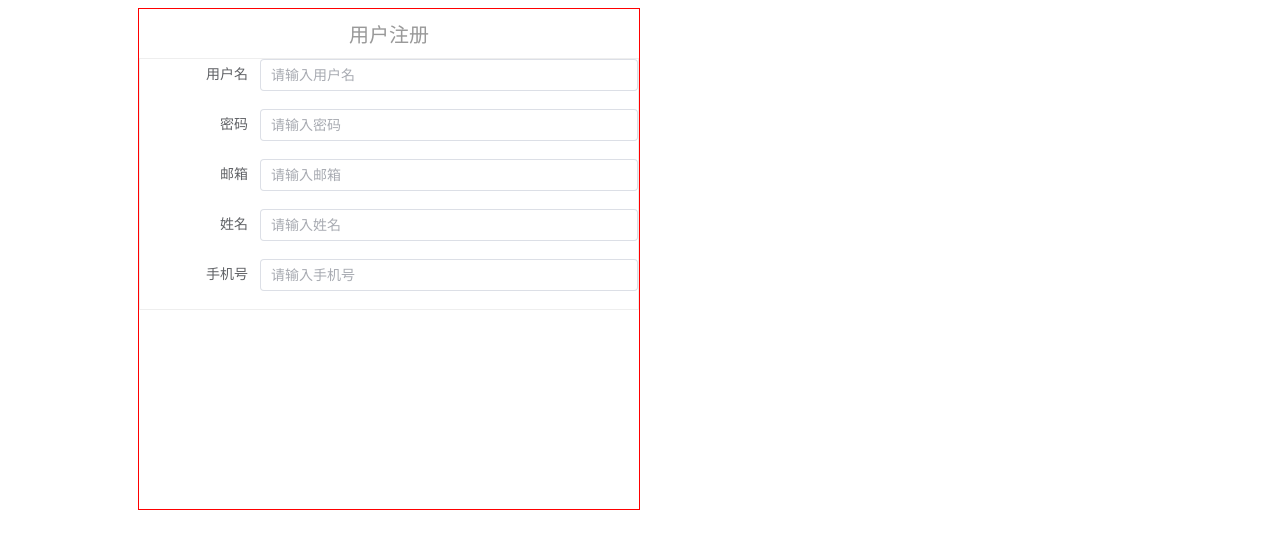
Repository: Mickey1216/yzkj_login_demo
Page: /register
These files come from the project's save history. The page is drawn as it stood at one moment and after the next save; the edit follows.
The browser window is 1280 px wide. The pictures show the whole page.
The project was rebuilt for these pictures with package versions that can differ from the ones it lists, and the page was loaded fresh each time. Also part of the build but not shown: vite.config.js, src/views/Login.vue.

Above is the page before, as saved 2023-07-04 14:56:29.

After the next save:
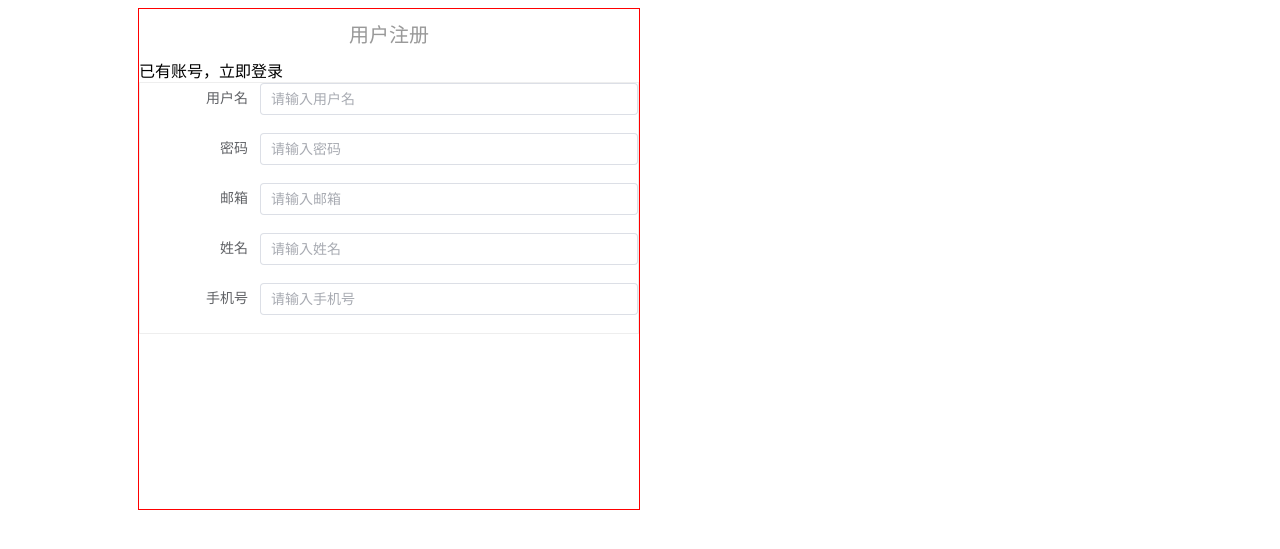
Saved 20 s later.
--- a/src/views/Register.vue
+++ b/src/views/Register.vue
@@ -1,7 +1,7 @@
 <template>
   <div class="register">
     <div class="title">用户注册</div>
-    <div class="is_existing_account"></div>
+    <div class="is_existing_account">已有账号，立即登录</div>
     <el-form :model="form" label-width="120px" style="border:1px solid #eee;">
     <el-form-item label="用户名">
       <el-input placeholder="请输入用户名" v-model="form.name"/>
